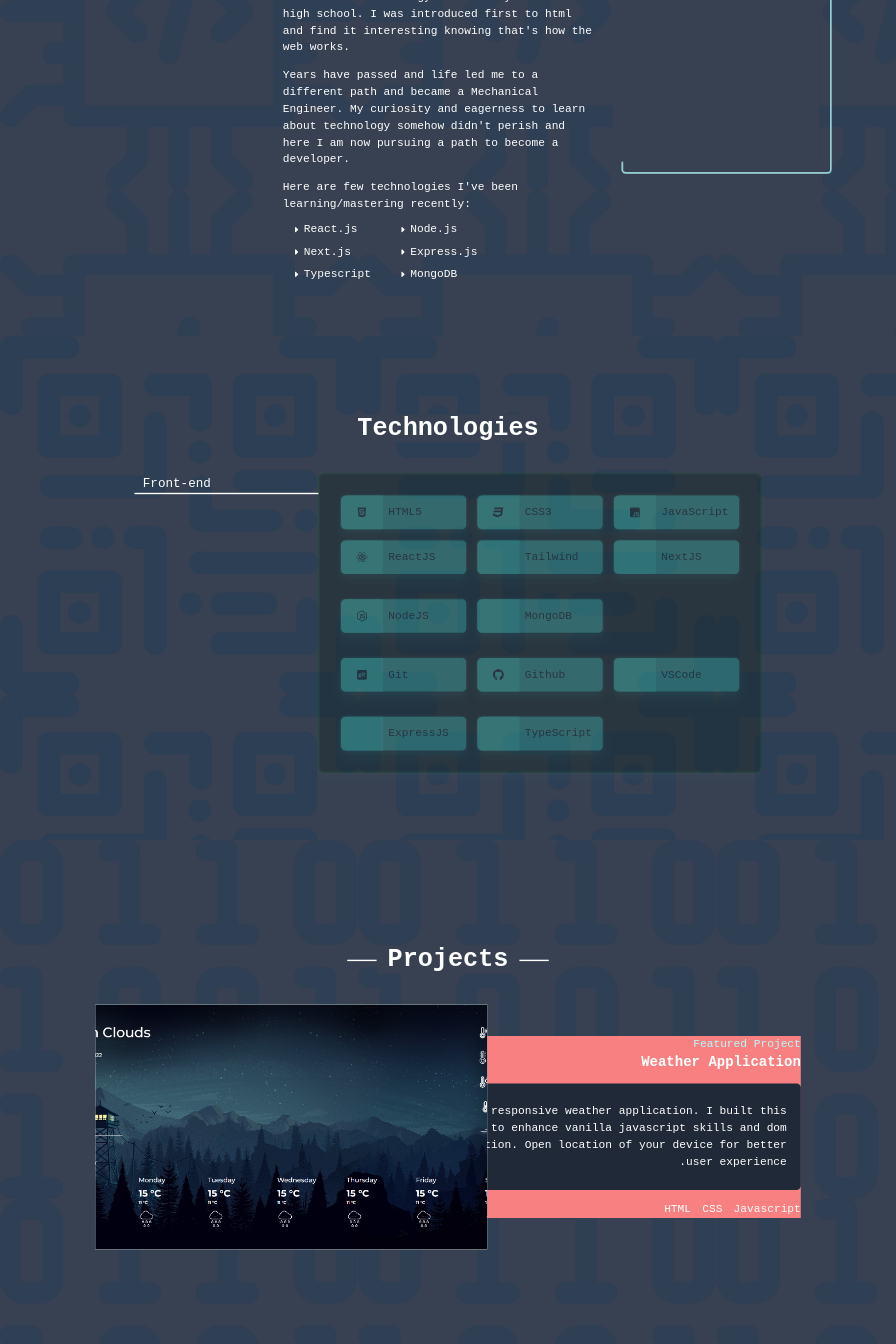
Repository: riandev25/nextjs-portfolio
Page: /
The author's editor kept a copy of each file at every save. The page is drawn from the files as they stood at one save, then again after the next save.
The browser window is 1280 px wide. The pictures show the part of the page from y = 960 to 2880 px (the page is 2880 px tall), at 70% of full size.
Backgrounds fixed to the window are drawn as part of the page. The project was rebuilt for these pictures with package versions that can differ from the ones it lists, and the page was loaded fresh each time. The framework's server and built-in components were replaced by stand-ins that run in the browser. Also part of the build but not shown: next.config.js, components/Home/Keyboard/index.module.css, components/Home/Keyboard/index.jsx.

Above is the page before, as saved 2022-11-12 21:56:29.

### pages/_app.jsx
import Head from 'next/head';
import link from 'next/link';
import '../styles/globals.css';

import Layout from '../components/Layout';
import { ParallaxProvider } from 'react-scroll-parallax';

function MyApp({ Component, pageProps }) {
  return (
    <ParallaxProvider>
      <Head>
        <title>Rian Miguel Engracia</title>
        <meta name='viewport' content='initial-scale=1.0, width=device-width' />
        <link
          rel='apple-touch-icon'
          sizes='180x180'
          href='/apple-touch-icon.png'
        />
        <link
          rel='icon'
          type='image/png'
          sizes='32x32'
          href='/favicon-32x32.png'
        />
        <link
          rel='icon'
          type='image/png'
          sizes='16x16'
          href='/favicon-16x16.png'
        />
        <link rel='manifest' href='/site.webmanifest' />
        <link rel='mask-icon' href='/safari-pinned-tab.svg' color='#5bbad5' />
        <meta name='msapplication-TileColor' content='#2d89ef' />
        <meta name='theme-color' content='#ffffff' />
      </Head>
      <Layout>
        <Component {...pageProps} />
      </Layout>
    </ParallaxProvider>
  );
}

export default MyApp;

### pages/index.jsx
import Head from 'next/head';
import Image from 'next/image';
import Home from '../components/Home/Home';
import { Fragment } from 'react';
import Header from '../components/Header';
import About from '../components/About';
import Technologies from '../components/Technologies';
import Projects from '../components/Projects';

export default function Page() {
  return (
    <Fragment>
      <Header />
      <Home />
      <About />
      <Technologies />
      <Projects title='Projects' />
    </Fragment>
  );
}

### styles/globals.css
@tailwind base;
@tailwind components;
@tailwind utilities;

html,
body {
  padding: 0;
  margin: 0;
  /* font-family: 'Roboto', sans-serif; */
  font-family: monospace, sans-serif;
}

a {
  color: inherit;
  text-decoration: none;
}

* {
  box-sizing: border-box;
}

.image-filter {
  /* filter: invert(93%) sepia(19%) saturate(586%) hue-rotate(121deg)
    brightness(102%) contrast(97%); */
  filter: invert(93%) sepia(69%) saturate(347%) hue-rotate(120deg)
    brightness(104%) contrast(97%);
  opacity: 0.3;
  transition: filter 0.3s, opacity 0.3s;
}

.image-filter:hover {
  filter: none;
  opacity: 1;
}

@media (prefers-color-scheme: dark) {
  html {
    color-scheme: dark;
  }
  body {
    color: white;
    background: black;
  }
}

### components/Layout/index.jsx
import Header from '../Header';
import Email from '../Header/Email';

const Layout = ({ children }) => {
  return (
    <div className='relative w-full h-full bg-gray-700' dir='ltr'>
      <Header />
      <Email />
      {children}
    </div>
  );
};

export default Layout;

### components/Home/Home.jsx
import Link from 'next/link';
import Image from 'next/future/image';
import { useParallax } from 'react-scroll-parallax';
import styles from './index.module.css';
import DevImage from '../../assets/images/dev-image.svg';
import GithubImage from '../../assets/images/github-neon-fill.png';
import LinkedinImage from '../../assets/images/linkedin-neon-fill.png';
import FacebookImage from '../../assets/images/facebook-neon-fill.png';
import Keyboard from './Keyboard';
import { useState } from 'react';

export const images = [
  {
    id: 'github',
    imgSrc: GithubImage,
    link: 'https://github.com/riandev25',
  },
  {
    id: 'linkedin',
    imgSrc: LinkedinImage,
    link: 'https://www.linkedin.com/in/rian-miguel-engracia/',
  },
  {
    id: 'facebook',
    imgSrc: FacebookImage,
    link: 'https://web.facebook.com/rianmiguel.engracia',
  },
  {
    id: 'email',
    email: 'rianengracia@gmail.com',
  },
];

const nameArray = ['I', '&apos;', 'm', ' ', 'R', 'i', 'a', 'n'];
const jobArray = [
  'f',
  'u',
  'l',
  'l',
  ' ',
  's',
  't',
  'a',
  'c',
  'k',
  ' ',
  'd',
  'e',
  'v',
  'e',
  'l',
  'o',
  'p',
  'e',
  'r',
];

const Home = () => {
  const { ref } = useParallax({
    translateY: [-100, 30, 'easeInOut'],
  });
  const [keyboard, setKeyboard] = useState(true);
  return (
    <header className='flex justify-center items-center w-full h-screen px-20 bg-fixed bg-repeat bg-bg_gear_image'>
      <section ref={ref} className='w-4/12 space-y-4'>
        <div className='flex flex-col gap-2.5 place-items-start'>
          <h1 className={`text-xl font-thin text-white ${styles.typingLet}`}>
            Hi there!
          </h1>
          <h1 className='text-6xl font-bold animate-neon_text'>
            I&apos;m Rian Miguel
          </h1>
          <h1 className='text-xl text-white font-bold'>
            <span className='text-xl font-thin'>a</span> Full Stack Developer
          </h1>
        </div>
        <ul className='flex flex-row gap-4'>
          {images.map((item) => {
            if (item.id === 'email') return;
            return (
              <li
                className='block p-3 bg-gray-800 border rounded-lg border-[#b2fcfb] transition-all hover:scale-110'
                key={item.id}
              >
                <Link href={item.link} legacyBehavior>
                  <a className=''>
                    <Image
                      className=''
                      src={item.imgSrc}
                      alt={item.id}
                      width={20}
                      height={20}
                      sizes='5vw'
                    />
                  </a>
                </Link>
              </li>
            );
          })}
        </ul>
      </section>
      <section className='hidden lg:flex max-w-2xl h-full justify-center items-center'>
        <Image
          src={DevImage}
          alt='dev-image'
          width={500}
          height={500}
          sizes='(max-width: 768px) 50vw'
        />
        {/* <Keyboard /> */}
      </section>
    </header>
  );
};

export default Home;

### components/Header/index.jsx
import Logo from '../Logo';
import Navbar from './Navbar';
import { FontAwesomeIcon } from '@fortawesome/react-fontawesome';
import { faBars } from '@fortawesome/free-solid-svg-icons';

const Header = () => {
  return (
    <nav className='px-8 py-1 bg-gray-700 dark:bg-gray-900 fixed w-full z-50 top-0 left-0 border-b shadow-sm border-gray-700 md:px-20 md:py-3 dark:border-gray-600'>
      <div className='flex flex-row justify-between items-center w-full'>
        <section className=''>
          <Logo />
        </section>

        <div className='flex md:order-2'>
          <button
            type='button'
            className='hidden lg:flex bg-transparent text-[#b2fcfb] border border-[#b2fcfb] hover:bg-[#b2fcfb] hover:opacity-40 transition-all font-medium rounded-lg text-sm px-5 py-2.5 text-center mr-3 md:mr-0 dark:bg-blue-600 dark:hover:bg-blue-700 dark:focus:ring-blue-800'
          >
            Get started
          </button>
          <button
            data-collapse-toggle='navbar-sticky'
            type='button'
            className='cursor-pointer inline-flex items-center p-2 text-sm bg-white rounded-lg md:hidden hover:bg-gray-400 focus:outline-none focus:ring-2 focus:ring-gray-200 dark:text-gray-400 dark:hover:bg-gray-700 dark:focus:ring-gray-600'
            aria-controls='navbar-sticky'
            aria-expanded='false'
          >
            <span className='sr-only'>Open main menu</span>
            <FontAwesomeIcon icon={faBars} className='text-gray-800' />
          </button>
        </div>
        <Navbar />
      </div>
    </nav>
  );
};

export default Header;

### components/About/index.jsx
import Image from 'next/future/image';
import PageHeader from '../PageHeader';
import { FontAwesomeIcon } from '@fortawesome/react-fontawesome';
import { faCaretRight } from '@fortawesome/free-solid-svg-icons';
import ProgrammerImage from '../../assets/images/programmer.jpg';
import { useParallax } from 'react-scroll-parallax';

const technologies = [
  'React.js',
  'Node.js',
  'Next.js',
  'Express.js',
  'Typescript',
  'MongoDB',
];

const About = () => {
  return (
    <div className='pt-4 w-full h-screen flex flex-col gap-11 justify-center items-center text-white px-20 bg-bg_chip_image bg-fixed'>
      <PageHeader title='About me' />
      <div className='max-w-3xl flex flex-row gap-6'>
        <section className='max-w-md flex flex-col gap-4'>
          <p>
            Hi! I am Rian Miguel Engracia, a Registered Mechanical Engineer in
            the Philippines. My interest in technology started way back in high
            school. I was introduced first to html and find it interesting
            knowing that&apos;s how the web works.
          </p>
          <p>
            Years have passed and life led me to a different path and became a
            Mechanical Engineer. My curiosity and eagerness to learn about
            technology somehow didn&apos;t perish and here I am now pursuing a
            path to become a{' '}
            <span className='text-[neon-green] no-underline decoration-[neon-green] underline-offset-4 decoration-2 hover:underline'>
              developer
            </span>
            .
          </p>
          <div className='flex flex-col gap-3'>
            <p>
              Here are few technologies I&apos;ve been learning/mastering
              recently:
            </p>
            <ul className='grid grid-cols-3 gap-2'>
              {technologies.map((item, i) => {
                return (
                  <li
                    key={item}
                    className={`${(i + 1) % 2 === 0 ? 'col-span-2' : ''}
                    } flex justify-start items-center gap-2 pl-4`}
                  >
                    <FontAwesomeIcon icon={faCaretRight} className='w-1.5' />
                    <span className=''>{item}</span>
                  </li>
                );
              })}
            </ul>
          </div>
        </section>
        <section className='relative'>
          <div className='absolute z-20 w-[295px] h-[295px] bg-gray-700'></div>
          <Image
            className='relative z-30 rounded-md image-filter bg-[#b2fcfb] border-2 peer'
            src={ProgrammerImage}
            alt='developer'
            width={300}
            height={300}
            priority='false'
            sizes='(max-width: 768px) 100vw, 50vw'
          />
          <div className='absolute top-0 left-0 w-[300px] h-[300px] bg-transparent border-2 border-[#b2fcfb] transition-duration-300 delay-300 ease-in-out translate-x-3 translate-y-3 z-10 rounded-md peer-hover:translate-x-2 peer-hover:translate-y-2 '></div>
        </section>
      </div>
    </div>
  );
};

export default About;

### components/Projects/index.jsx
import Link from 'next/link';
import Image from 'next/future/image';
import PageHeader from '../PageHeader';
import WeatherImage from '../../assets/images/weather-app.png';
import { FontAwesomeIcon } from '@fortawesome/react-fontawesome';
import { faGithubAlt } from '@fortawesome/free-brands-svg-icons';
import { faSquareArrowUpRight } from '@fortawesome/free-solid-svg-icons';
import Links from './Links';

const TECH_WEATHER = ['HTML', 'CSS', 'Javascript'];
const WEATHER = [
  {
    id: 1,
    icon: faGithubAlt,
    link: 'https://riandev25.github.io/js-weather-app/dist/',
  },
  {
    id: 2,
    icon: faSquareArrowUpRight,
    link: 'https://riandev25.github.io/js-weather-app/dist/',
  },
];

const Projects = () => {
  return (
    <div className='pt-4 flex flex-col w-full h-screen gap-11 justify-center items-center text-white px-20 bg-bg_binary_image bg-fixed'>
      <PageHeader title='Projects' />
      <div className='flex flex-row justify-center items-center max-w-full '>
        <section className='relative w-[35rem] aspect-[16/10] bg-green-100 flex-auto flex'>
          <Image
            src={WeatherImage}
            alt='weather-app'
            fill
            className='object-cover absolute'
          />
        </section>
        <section
          className='w-[28rem] overflow-visible bg-red-400 space-y-4'
          dir='rtl'
        >
          <div className='flex flex-col justify-end items-end' dir='ltr'>
            <h2 className='text-neon text-right'>Featured Project</h2>
            <h1 className='text-xl font-bold text-right'>
              Weather Application
            </h1>
          </div>
          <div className='w-[35rem] bg-gray-800 p-7 pr-5 rounded-md'>
            <p className='text-right'>
              A fully responsive weather application. I built this project to
              enhance vanilla javascript skills and dom manipulation. Open
              location of your device for better user experience.
            </p>
          </div>
          <ul
            className='flex flex-row justify-end items-center gap-4'
            dir='ltr'
          >
            {TECH_WEATHER.map((item) => {
              return <li key={item}>{item}</li>;
            })}
          </ul>
          <Links array={WEATHER} />
        </section>
      </div>
    </div>
  );
};

export default Projects;

### components/Header/Email.jsx
import Link from 'next/link';
import Image from 'next/image';
import { images } from '../Home/Home';

const Email = () => {
  return (
    <aside className='fixed bottom-64 right-0'>
      <div className='flex justify-center items-center relative rotate-90'>
        <Link href='' legacyBehavior>
          <a className='z-50 transition-all text-[#b2fcfb] bg-gray-700 px-2 hover:text-[#68fffc] hover:scale-110'>
            rianengracia@gmail.com
          </a>
        </Link>
        <div className='w-96 bg-[#b2fcfb] absolute top-1/2 left-0 h-px'></div>
      </div>
    </aside>
  );
};

export default Email;

### components/Home/index.module.css
.typingLet {
  width: 134px;
  animation: typing 2s steps(12), blink 0.5s step-end infinite alternate;
  white-space: nowrap;
  overflow: hidden;
  border-right: 3px solid;
  font-family: monospace;
  font-size: 2em;
}

@keyframes typing {
  from {
    width: 0;
  }
}

@keyframes blink {
  50% {
    border-color: transparent;
  }
}

### components/Logo/index.jsx
import Image from 'next/future/image';
import LogoImage from '../../assets/images/logo.svg';
import LogoDark from '../../assets/images/logo-dark.svg';
import LogoLight from '../../assets/images/logo-light.svg';
import {
  faAngleLeft,
  faGear,
  faforward,
} from '@fortawesome/free-solid-svg-icons';
import { FontAwesomeIcon } from '@fortawesome/react-fontawesome';

const Logo = () => {
  return (
    <div className='flex items-center relative'>
      <Image
        src={LogoImage}
        alt='logo'
        width={185}
        height={55}
        className='hidden md:flex'
        sizes='(max-width: 768px) 15vw'
      />
      {/* <Image
        src={LogoLight}
        alt='logo-light'
        width={50}
        height={50}
        className='flex md:hidden'
        sizes='(max-width: 768px) 15vw'
      /> */}
    </div>
  );
};

export default Logo;

### components/Header/Navbar.jsx
import Link from 'next/link';

const Navbar = () => {
  const data = [
    {
      id: 'Home',
    },
    {
      id: 'About',
    },
    {
      id: 'Technologies',
    },
    {
      id: 'Projects',
    },
  ];
  return (
    <div
      className='hidden absolute top-0 right-0 justify-between items-center w-full md:flex md:relative md:w-auto md:order-1'
      id='navbar-sticky'
    >
      <ul className='flex flex-col justify-center items-center flex-auto rounded-lg md:justify-between md:flex-row md:space-x-12 md:p-2 md:mt-0 md:text-sm md:font-medium md:border-0 dark:bg-gray-800 md:dark:bg-gray-900 dark:border-gray-700'>
        {data.map((item) => {
          return (
            <li key={item.id} className='relative group'>
              <Link href={item.id}>
                <a
                  className='block py-2 px-1 text-base font-extralight text-white dark:text-white'
                  // aria-current='page'
                >
                  {item.id}
                </a>
              </Link>

              <span className='z-50 absolute bottom-1.5 w-0 h-[1px] bg-white transition-all md:group-hover:w-full'></span>
            </li>
          );
        })}
      </ul>
    </div>
  );
};

export default Navbar;

### components/PageHeader/index.jsx
const PageHeader = ({ title }) => {
  return (
    <div className='relative overflow-visible flex justify-center items-center'>
      <h1 className='relative z-10 w-full text-4xl font-bold flex flex-start bg-gray-700 px-4 animate-neon_text'>
        {title}
      </h1>
      <span className='absolute top-1/2 w-72 h-0.5 bg-white animated-neon_bg'></span>
    </div>
  );
};

export default PageHeader;

### components/Projects/Links.jsx
import Link from 'next/link';
import { FontAwesomeIcon } from '@fortawesome/react-fontawesome';

const Links = ({ array }) => {
  array.map((item) => {
    return (
      <ul key={item.id} className='flex flex-row'>
        <li>
          <Link href={item.link} passHref>
            <a>
              <FontAwesomeIcon icon={item.icon} className='text-white w-3' />
            </a>
          </Link>
        </li>
      </ul>
    );
  });
};

export default Links;

// 'https://riandev25.github.io/js-weather-app/dist/'

Loaded but not shown: tailwind.config.js (60 lines, source omitted); pages/_document.js (24 lines, source omitted); components/Technologies/index.jsx (206 lines, source omitted)

After the next save:
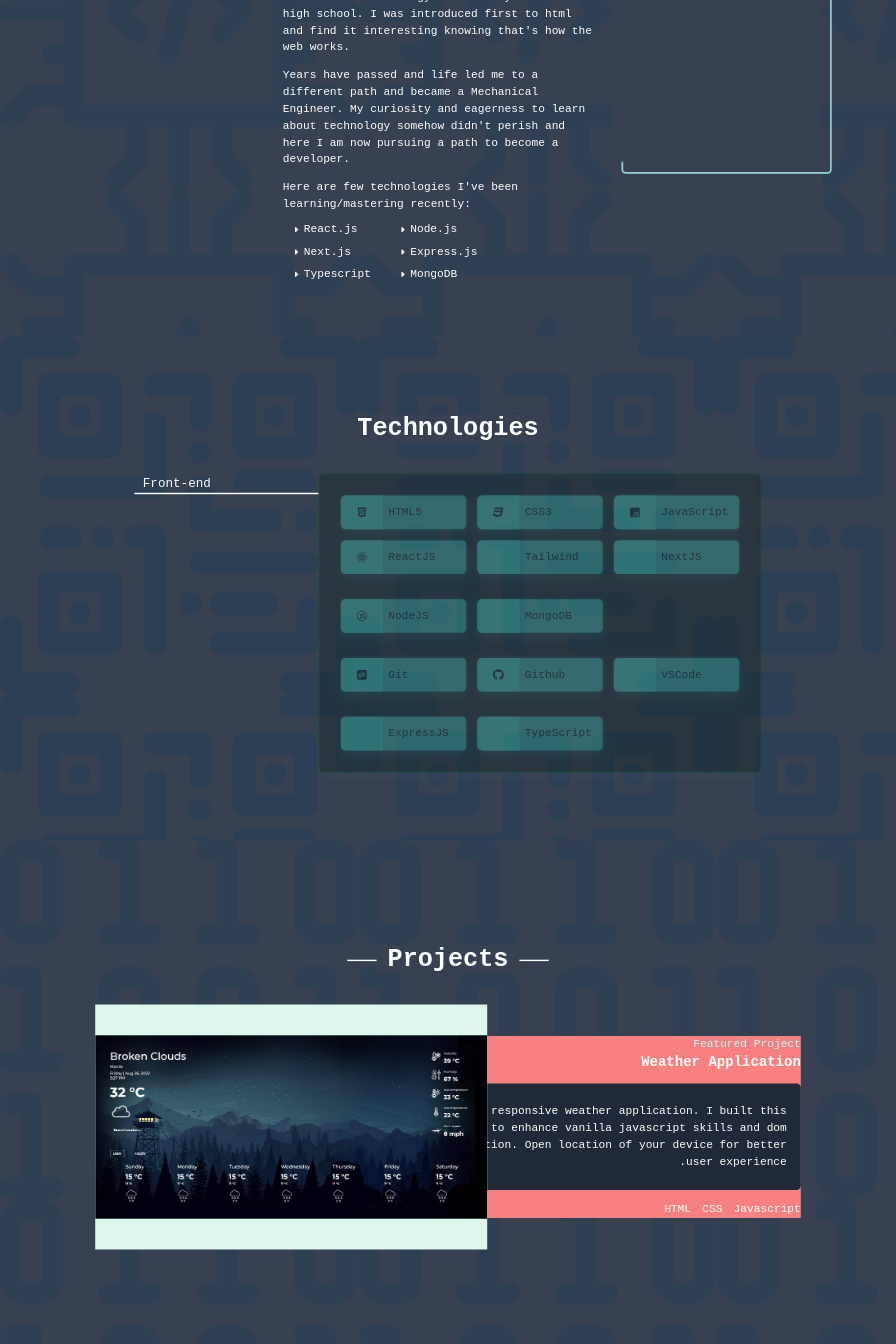
Saved 26 s later.
--- a/components/Projects/index.jsx
+++ b/components/Projects/index.jsx
@@ -31,7 +31,7 @@
             src={WeatherImage}
             alt='weather-app'
             fill
-            className='object-cover absolute'
+            className='object-contain absolute'
           />
         </section>
         <section
